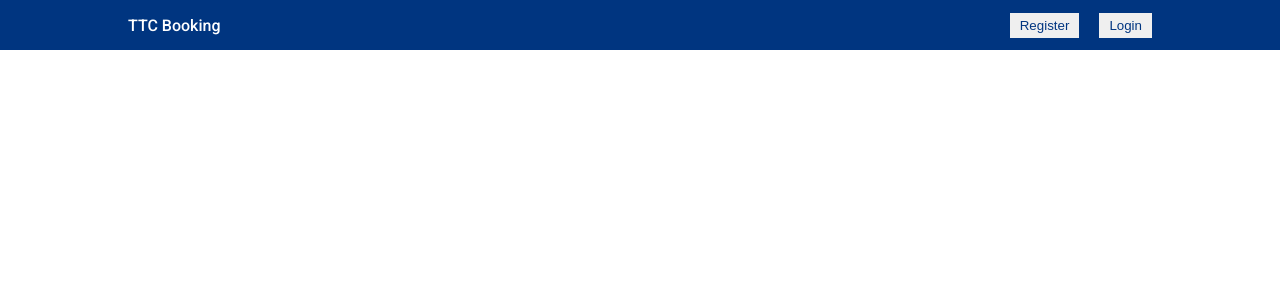
Repository: CarsonDev1/booking-app
Page: /
The author's editor kept a copy of each file at every save. The page is drawn from the files as they stood at one save, then again after the next save.
The browser window is 1280 px wide. The pictures show the whole page.
The project was rebuilt for these pictures with package versions that can differ from the ones it lists, and the page was loaded fresh each time. Also part of the build but not shown: src/pages/home/home.css, src/pages/hotel/Hotel.jsx, src/pages/list/List.jsx, src/components/header/header.css.

Above is the page before, as saved 2022-12-03 00:18:44.

### public/index.html
<!DOCTYPE html>
<html lang="en">

<head>
  <meta charset="utf-8" />
  <link rel="icon" href="%PUBLIC_URL%/favicon.ico" />
  <meta name="viewport" content="width=device-width, initial-scale=1" />
  <meta name="theme-color" content="#000000" />
  <meta name="description" content="Web site created using create-react-app" />
  <link rel="apple-touch-icon" href="%PUBLIC_URL%/logo192.png" />
  <!--
      manifest.json provides metadata used when your web app is installed on a
      user's mobile device or desktop. See https://developers.google.com/web/fundamentals/web-app-manifest/
    -->
  <link rel="manifest" href="%PUBLIC_URL%/manifest.json" />
  <link rel="preconnect" href="https://fonts.googleapis.com">
  <link rel="preconnect" href="https://fonts.gstatic.com" crossorigin>
  <link
    href="https://fonts.googleapis.com/css2?family=Poppins:ital,wght@0,400;0,500;0,600;0,700;0,800;1,400;1,500;1,600;1,700&family=Roboto:ital,wght@0,300;0,400;0,500;0,700;1,300;1,400;1,500;1,700&display=swap"
    rel="stylesheet">
  <!--
      Notice the use of %PUBLIC_URL% in the tags above.
      It will be replaced with the URL of the `public` folder during the build.
      Only files inside the `public` folder can be referenced from the HTML.

      Unlike "/favicon.ico" or "favicon.ico", "%PUBLIC_URL%/favicon.ico" will
      work correctly both with client-side routing and a non-root public URL.
      Learn how to configure a non-root public URL by running `npm run build`.
    -->
  <title>React App</title>
</head>

<body>
  <noscript>You need to enable JavaScript to run this app.</noscript>
  <div id="root"></div>
  <!--
      This HTML file is a template.
      If you open it directly in the browser, you will see an empty page.

      You can add webfonts, meta tags, or analytics to this file.
      The build step will place the bundled scripts into the <body> tag.

      To begin the development, run `npm start` or `yarn start`.
      To create a production bundle, use `npm run build` or `yarn build`.
    -->
</body>

</html>

### src/index.css
body {
	margin: 0;
	padding: 0;
	box-sizing: border-box;
	font-family: "Roboto", sans-serif;
}

### src/App.js
import { BrowserRouter, Routes, Route } from "react-router-dom";
import Home from "./pages/home/Home";
import Hotel from "./pages/hotel/Hotel";
import List from "./pages/list/List";
function App() {
	return (
		<BrowserRouter>
			<Routes>
				<Route path="/" element={<Home />} />
				<Route path="/hotels" element={<List />} />
				<Route path="/hotels/:id" element={<Hotel />} />
			</Routes>
		</BrowserRouter>
	);
}

export default App;

### src/pages/home/Home.jsx
import Navbar from "../../components/navbar/Navbar";
import "./home.css";

const Home = () => {
	return (
		<div>
			<Navbar />
		</div>
	);
};

export default Home;

### src/components/navbar/Navbar.jsx
import "./navbar.css";

const NavBar = () => {
	return (
		<div className="navbar">
			<div className="navContainer">
				<span className="logo">TTC Booking</span>
				<div className="navItems">
					<button className="navButton">Register</button>
					<button className="navButton">Login</button>
				</div>
			</div>
		</div>
	);
};

export default NavBar;

### src/components/navbar/navbar.css
.navbar {
	height: 50px;
	background-color: #003580;
	display: flex;
	justify-content: center;
}
.navContainer {
	width: 100%;
	max-width: 1024px;
	color: white;
	display: flex;
	align-items: center;
	justify-content: space-between;
}
.logo {
	font-weight: 500;
}
.navButton {
	margin-left: 20px;
	border: none;
	padding: 5px 10px;
	cursor: pointer;
	color: #003580;
}

### src/components/header/Header.jsx
import "./header.css";

const Header = () => {
	return <div>Header</div>;
};

export default Header;

Loaded but not shown: src/index.js (common file)

After the next save:
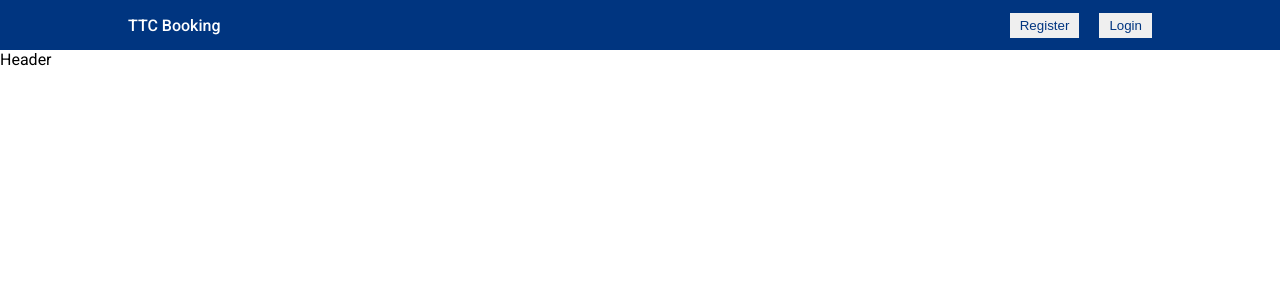
Saved 16 s later.
--- a/src/pages/home/Home.jsx
+++ b/src/pages/home/Home.jsx
@@ -1,3 +1,4 @@
+import Header from "../../components/header/Header";
 import Navbar from "../../components/navbar/Navbar";
 import "./home.css";
 
@@ -5,6 +6,7 @@ const Home = () => {
 	return (
 		<div>
 			<Navbar />
+			<Header />
 		</div>
 	);
 };

After the save that followed:
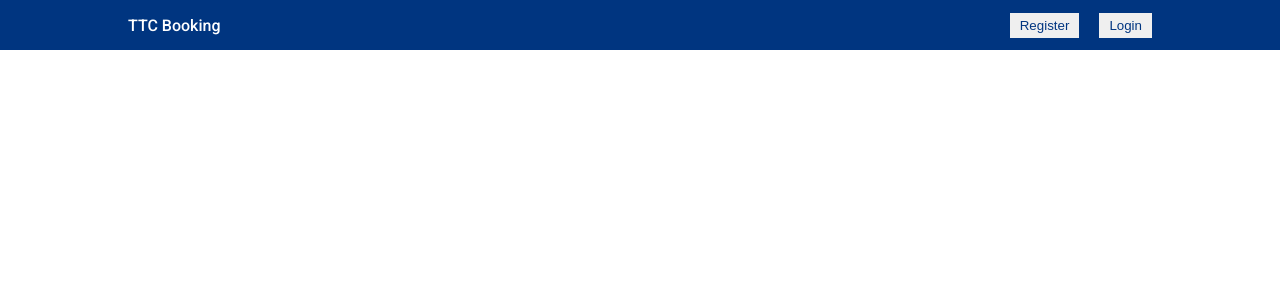
Saved 4 min 28 s later.
--- a/src/components/header/Header.jsx
+++ b/src/components/header/Header.jsx
@@ -1,7 +1,16 @@
+import { FontAwesomeIcon } from "@fortawesome/react-fontawesome";
 import "./header.css";
 
 const Header = () => {
-	return <div>Header</div>;
+	return (
+		<div className="header">
+			<div className="headerList">
+				<div className="headerListItem">
+					<FontAwesomeIcon icon="fa-solid fa-bed" />
+				</div>
+			</div>
+		</div>
+	);
 };
 
 export default Header;
